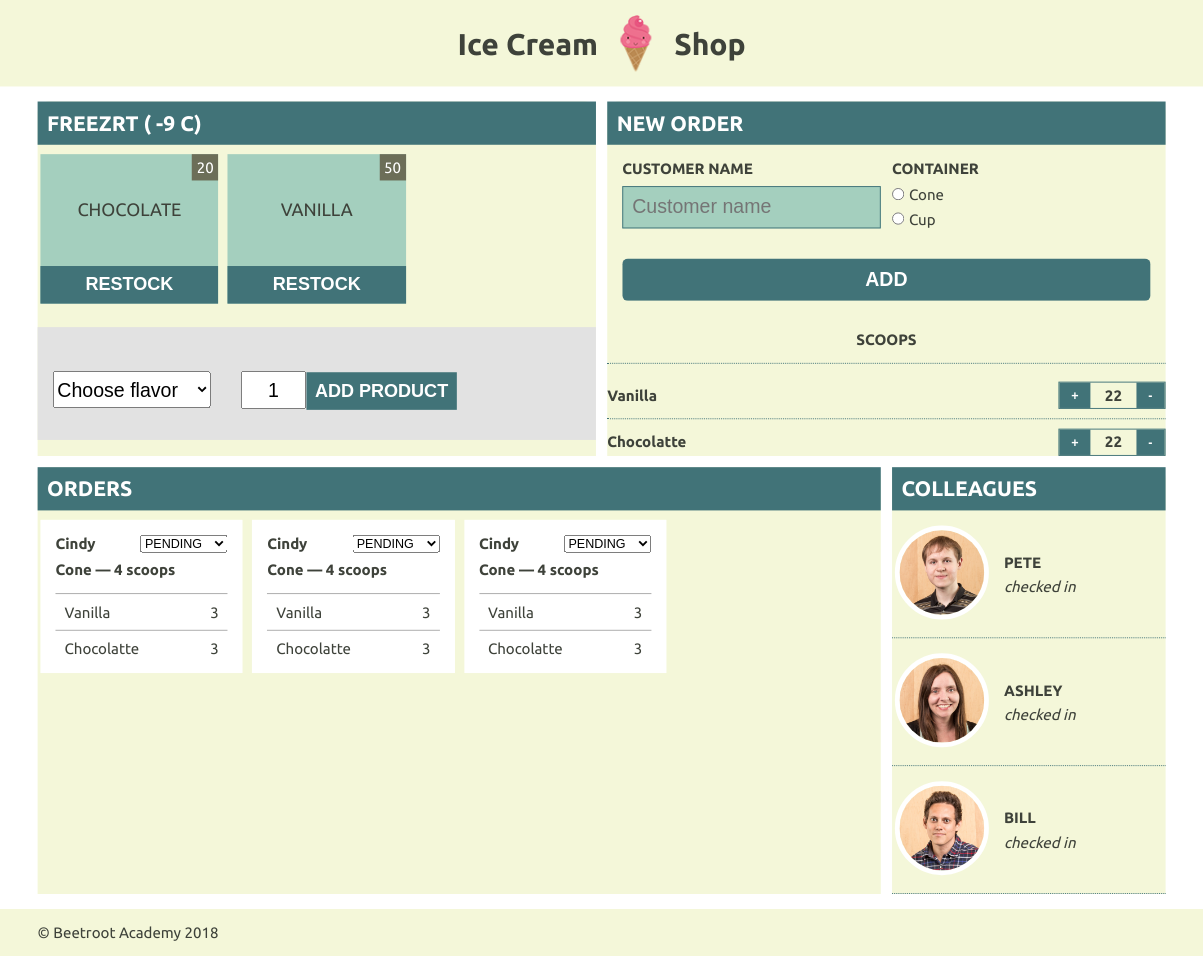
Repository: AlSemyon/Ice_Cream_Shop
Page: /
The author's editor kept a copy of each file at every save. The page is drawn from the files as they stood at one save, then again after the next save.
The browser window is 1280 px wide. The pictures show the whole page, at 94% of full size.
The project was rebuilt for these pictures with package versions that can differ from the ones it lists, and the page was loaded fresh each time.

Above is the page before, as saved 2019-01-06 12:45:43.

After the next save:
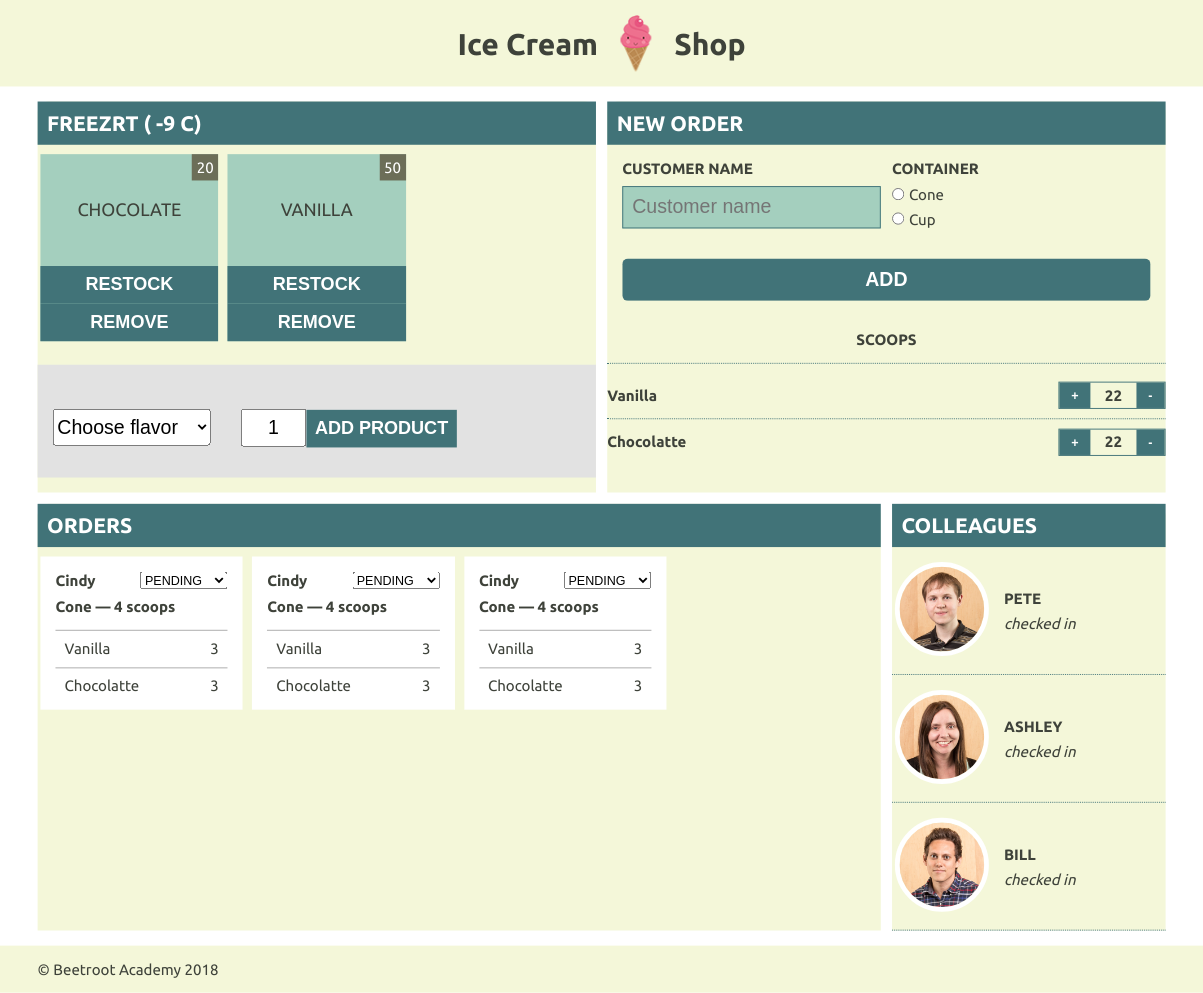
Saved 27 s later.
--- a/src/components/freezer/FreezerItem.js
+++ b/src/components/freezer/FreezerItem.js
@@ -1,11 +1,13 @@
 import React  from 'react';
 import './freezer.css'
 
-const  FreezerItem  = ({name, scoops, onClickRestock}) => (
+const  FreezerItem  = ({name, scoops, onClickRestock, onRemoveScoop}) => (
     <div className="ic">
         <p className="ic__title">{name}</p>
         <p className="ic__count">{scoops}</p>
         <button className="ic__restock" onClick={onClickRestock}>Restock</button>
+        <button className="ic__restock" onClick={onRemoveScoop}>Remove</button>
+
     </div>
 )
 
